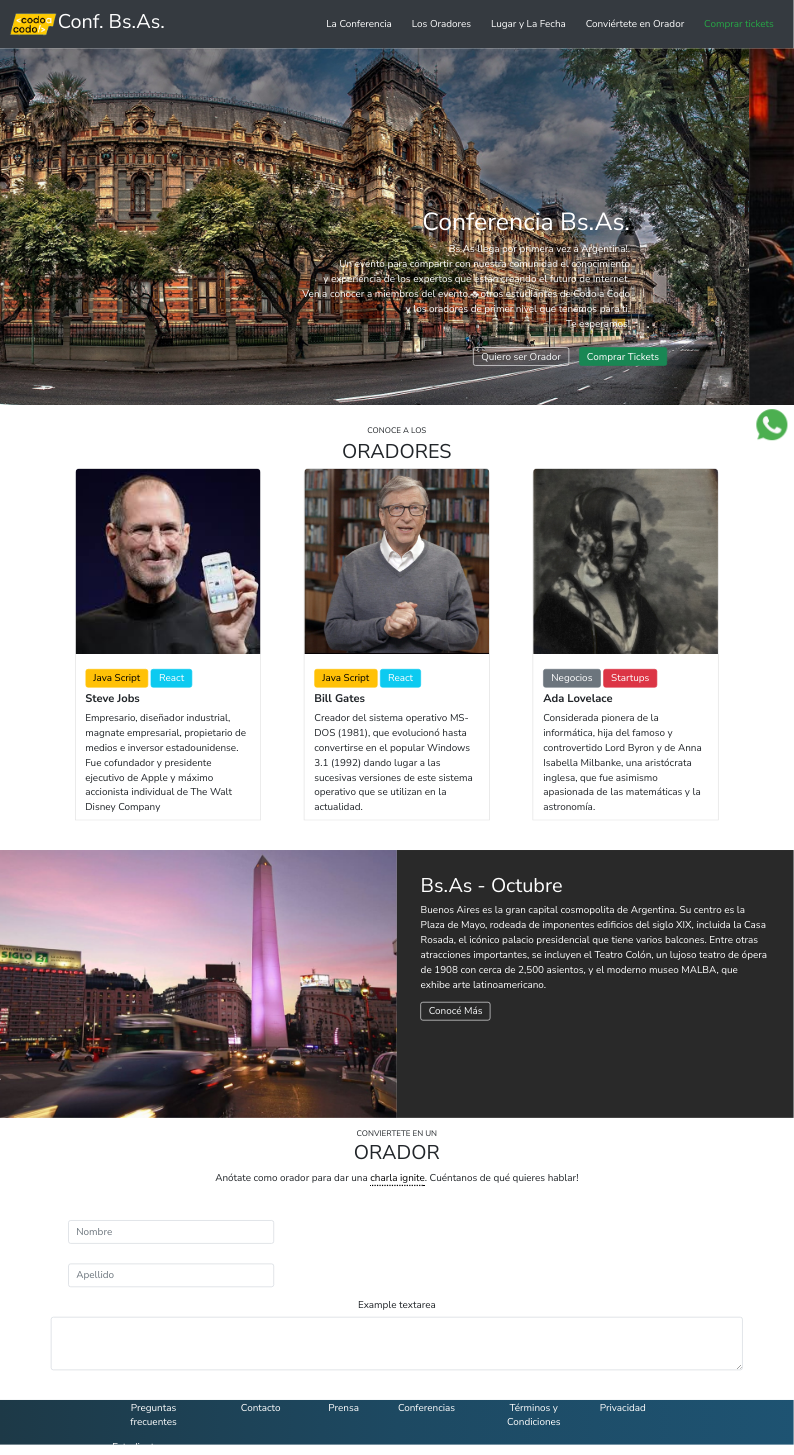
Repository: Melire/trabajo-final-BS
Page: index.html
The author's editor kept a copy of each file at every save. The page is drawn from the files as they stood at one save, then again after a run of saves.
The browser window is 1280 px wide. The pictures show the whole page, at 62% of full size.

Above is the page before, as saved 2023-05-11 09:51:14.

After the next 2 saves:
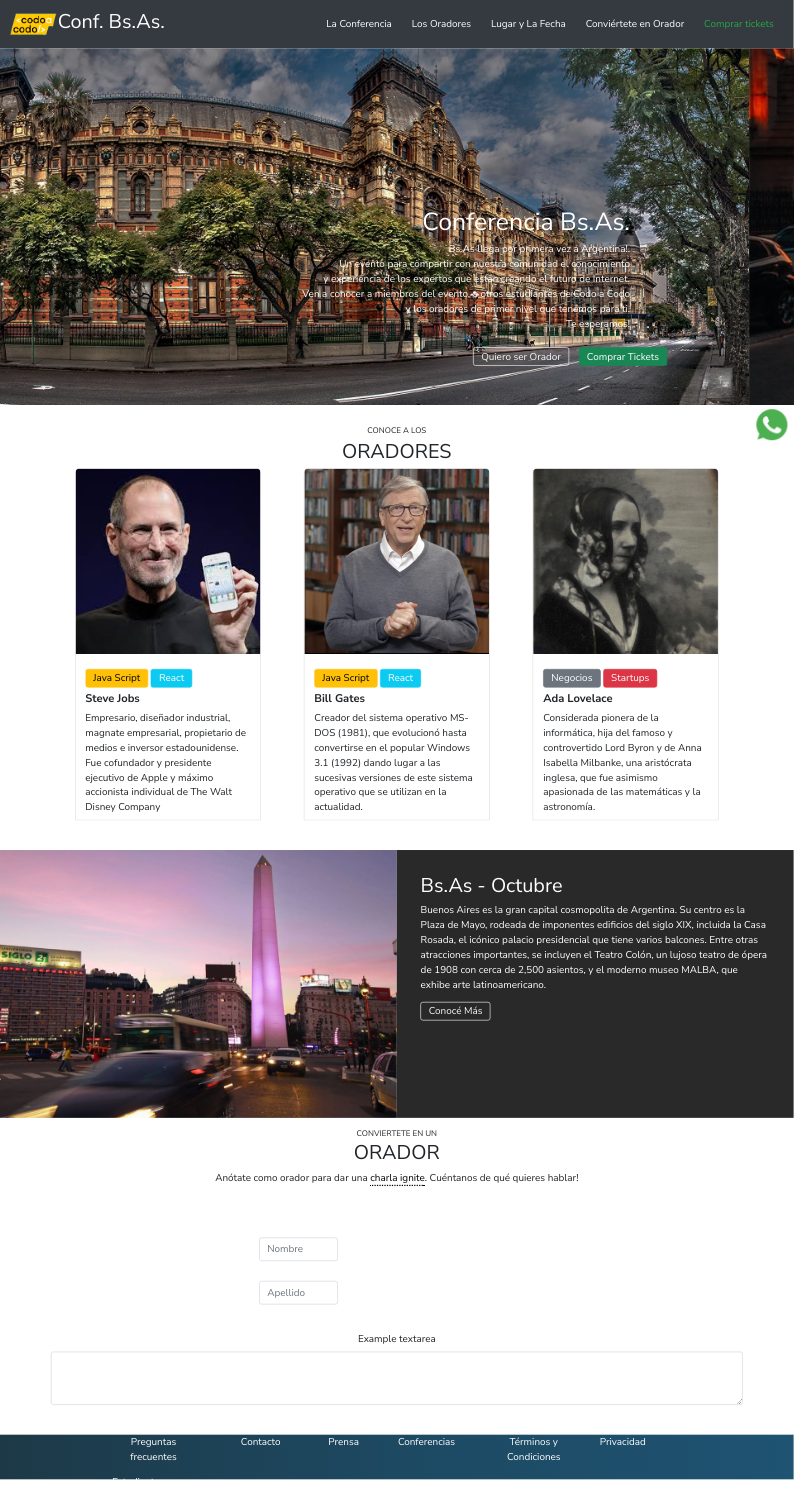
The 2 saves are shown as one change because they came seconds apart.
The last was saved 40 s later.
--- a/index.html
+++ b/index.html
@@ -202,7 +202,7 @@
                 Cuéntanos de qué quieres hablar!</p>
             <br>
 
-            <div class="imputNames container row-cols-3">
+            <div class="imputNames container row-cols-3 modal-dialog">
                 <div class="camposForm">
                     <input class="form-control" type="text" placeholder="Nombre" aria-label="default input example">
                 </div>

After the save that followed:
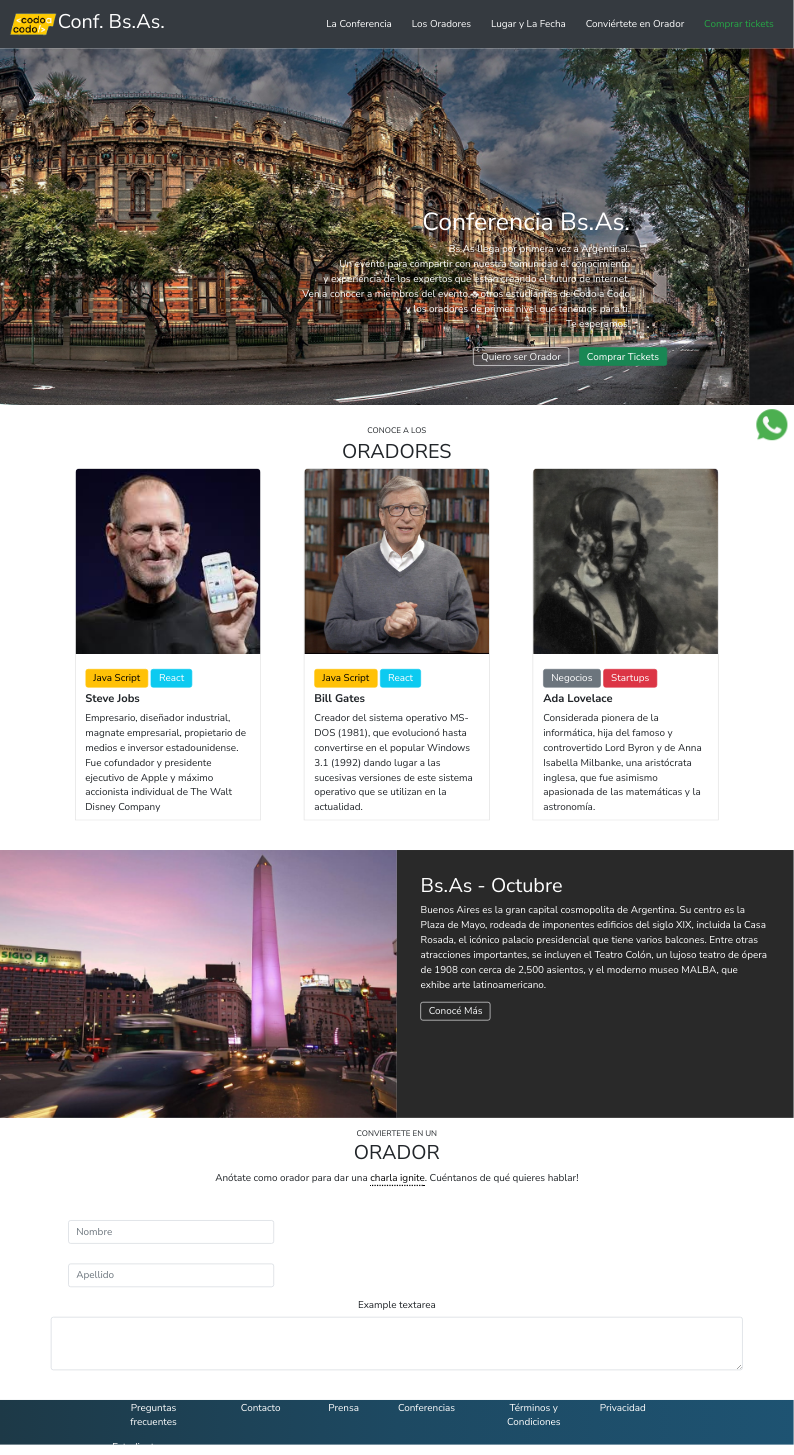
Saved 5 s later.
--- a/index.html
+++ b/index.html
@@ -202,7 +202,7 @@
                 Cuéntanos de qué quieres hablar!</p>
             <br>
 
-            <div class="imputNames container row-cols-3 modal-dialog">
+            <div class="imputNames container row-cols-3 md-">
                 <div class="camposForm">
                     <input class="form-control" type="text" placeholder="Nombre" aria-label="default input example">
                 </div>
